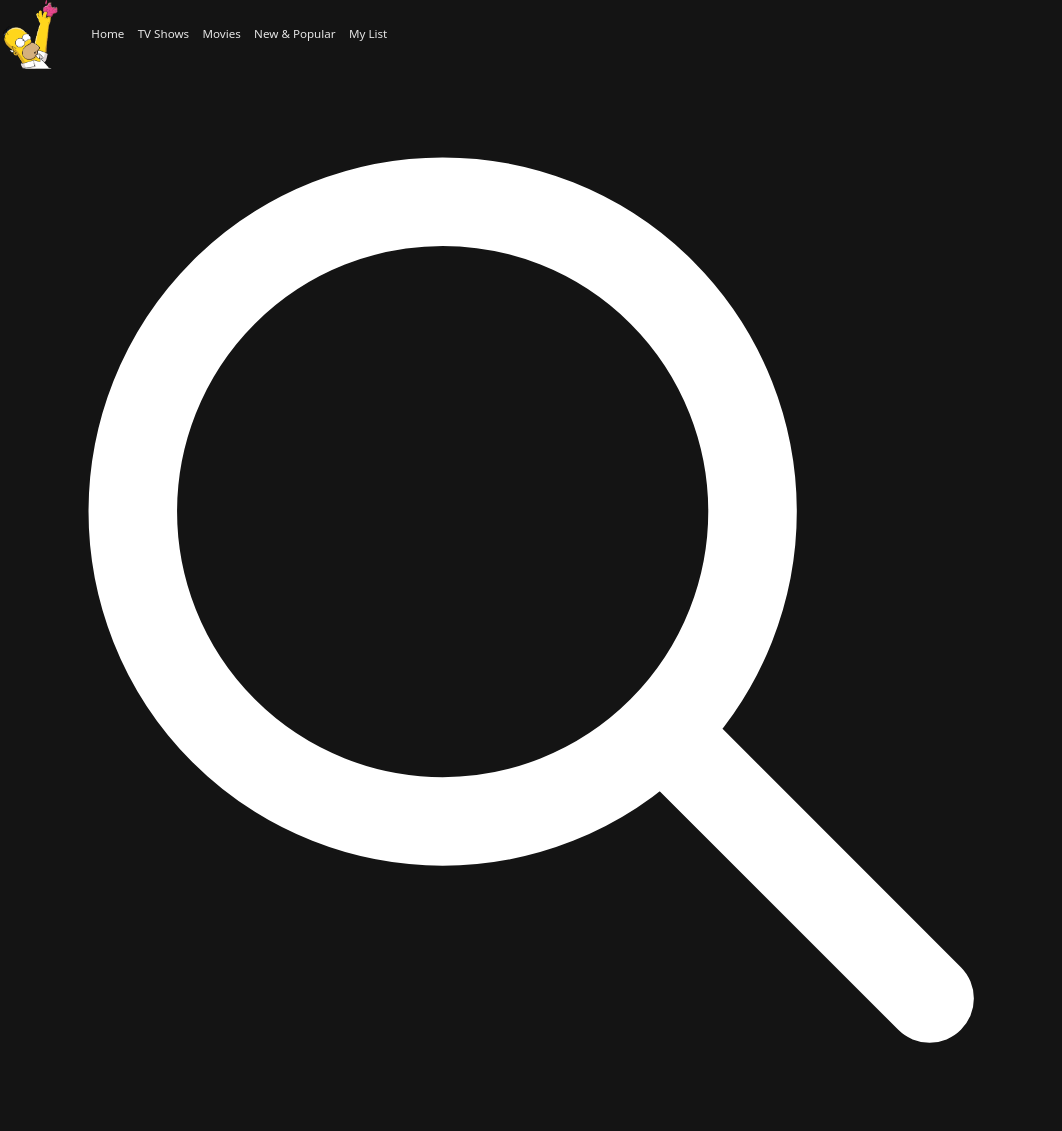
Repository: CarsonDev1/movie-v2
Page: /
The author's editor kept a copy of each file at every save. The page is drawn from the files as they stood at one save, then again after the next save.
The browser window is 1280 px wide. The pictures show the whole page, at 83% of full size.
The project was rebuilt for these pictures with package versions that can differ from the ones it lists, and the page was loaded fresh each time. The framework's server and built-in components were replaced by stand-ins that run in the browser. Also part of the build but not shown: next.config.js.

Above is the page before, as saved 2022-12-18 15:13:29.

After the next save:
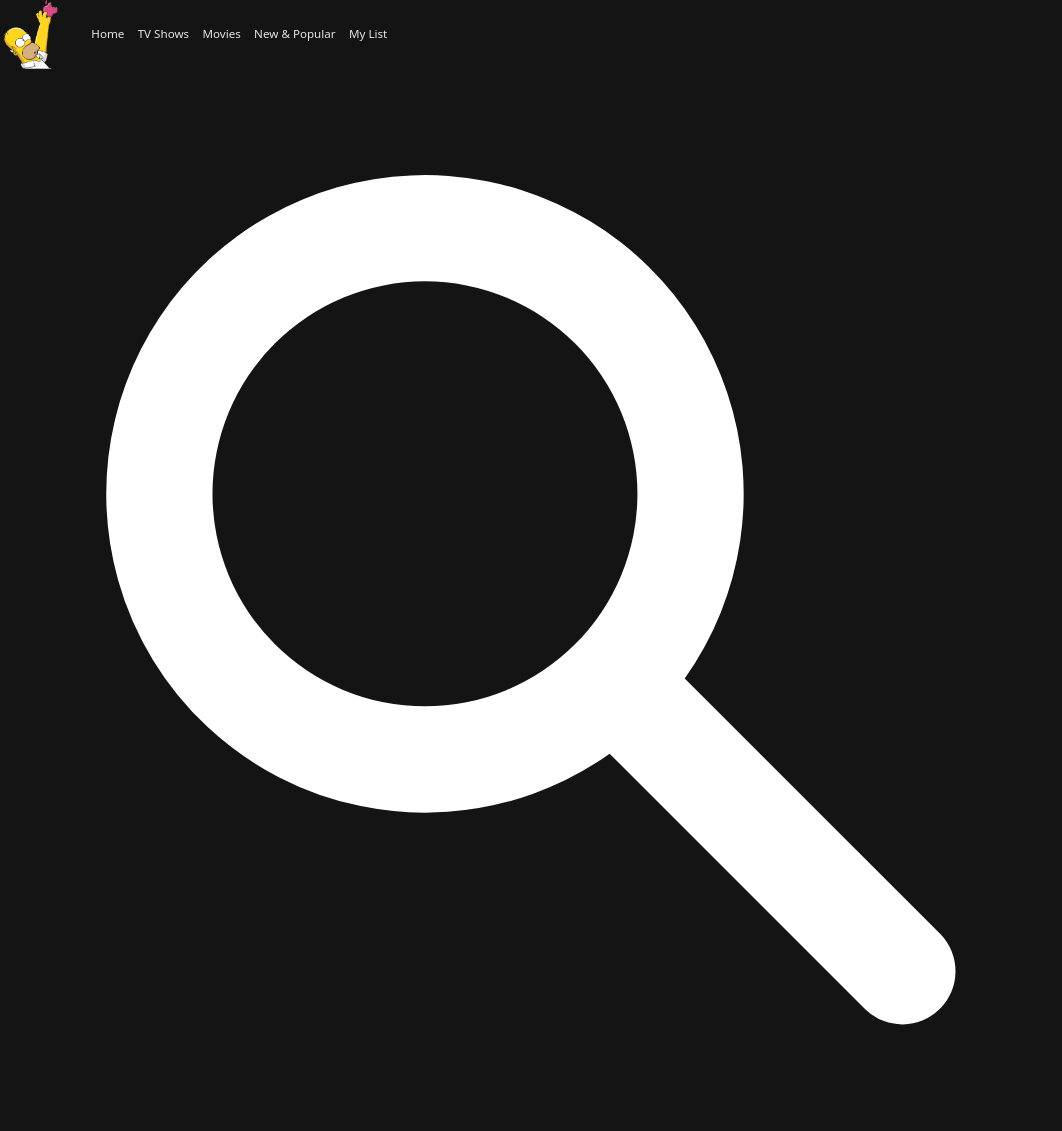
Saved 46 s later.
--- a/components/Header.tsx
+++ b/components/Header.tsx
@@ -1,4 +1,4 @@
-import { SearchIcon } from "@heroicons/react/outline";
+import { SearchIcon } from "@heroicons/react/solid";
 
 function Header() {
 	return (
